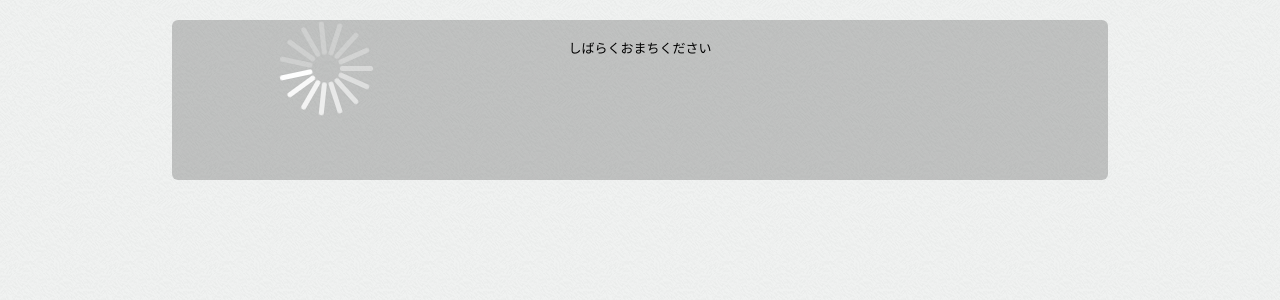
Repository: alivecast/exder_android_sales
Page: exorder.director/assets/www/loading.html
An editor plug-in stored every save of this project. The page is shown before and after the next save, followed by the edit.
The browser window is 1280 px wide. The pictures show the whole page.

Above is the page before, as saved 2012-12-14 08:28:21.

After the next save:
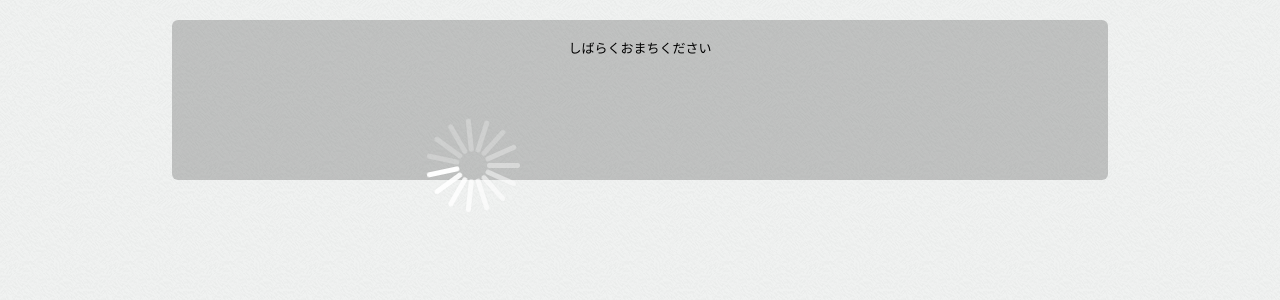
Saved 5 min 45 s later.
--- a/exorder.director/assets/www/loading.html
+++ b/exorder.director/assets/www/loading.html
@@ -12,6 +12,7 @@
 		<script type="text/javascript" charset="utf-8" src="js/main.js"></script>
 		<script type="text/javascript" charset="utf-8" src="js/company.js"></script>
 		<script type="text/javascript" charset="utf-8" src="js/cordova.js"></script>
+		<script type="text/javascript" charset="utf-8" src="js/spin.min.js"></script>
 
 		<script type="text/javascript">
 			$(document).bind("mobileinit", function() {
@@ -29,7 +30,7 @@
 			}
 		</script>
 		<script type="text/javascript" charset="utf-8" src="js/jquery.mobile-1.2.0.min.js"></script>
-		<script type="text/javascript" charset="utf-8" src="js/spin.min.js"></script>
+
 	</head>
 
 	<body>
@@ -54,8 +55,8 @@
 							hwaccel : false, // Whether to use hardware acceleration
 							className : 'spinner', // The CSS class to assign to the spinner
 							zIndex : 2e9, // The z-index (defaults to 2000000000)
-							top : 'auto', // Top position relative to parent in px
-							left : 'auto' // Left position relative to parent in px
+							top : 50, // Top position relative to parent in px
+							left : 100 // Left position relative to parent in px
 						};
 						var target = document.getElementById('loadingImg');
 						var spinner = new Spinner(opts).spin(target);
